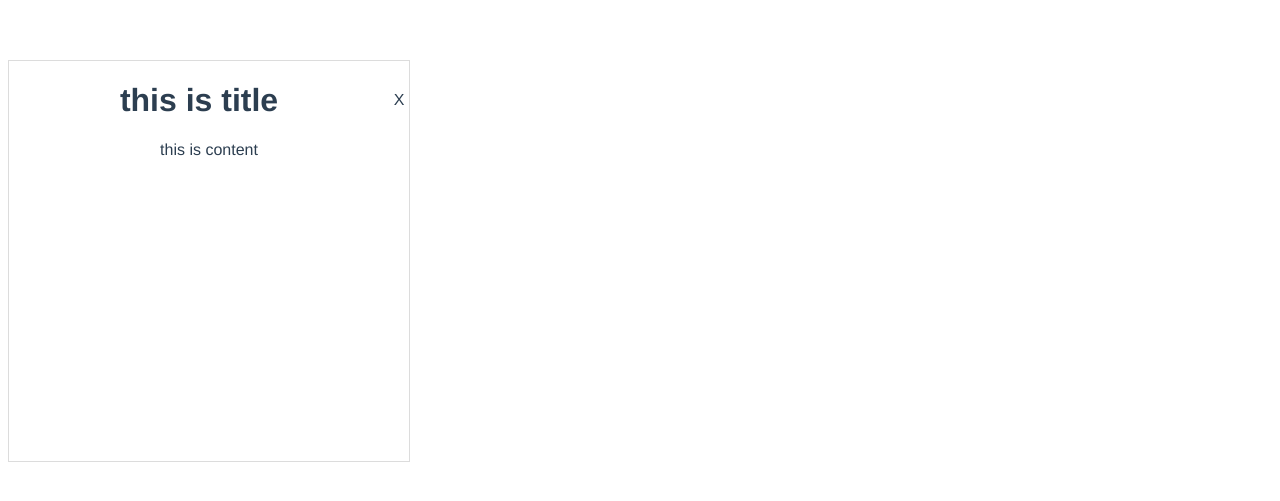
Repository: iulucky6/yf_messageBox
Page: /
These files come from the project's save history. The page is drawn as it stood at one moment and after the next save; the edit follows.
The browser window is 1280 px wide. The pictures show the whole page.
The project was rebuilt for these pictures with package versions that can differ from the ones it lists, and the page was loaded fresh each time. Also part of the build but not shown: src/components/HelloWorld.vue.

Above is the page before, as saved 2023-09-14 10:48:59.

### index.html
<!DOCTYPE html>
<html>
  <head>
    <meta charset="utf-8">
    <meta name="viewport" content="width=device-width,initial-scale=1.0">
    <title>v</title>
  </head>
  <body>
    <div id="app"></div>
    <!-- built files will be auto injected -->
  </body>
</html>

### src/main.js
// The Vue build version to load with the `import` command
// (runtime-only or standalone) has been set in webpack.base.conf with an alias.
import Vue from 'vue'
import App from './App'
// 引入配置文件
import router from './router'

Vue.config.productionTip = false

/* eslint-disable no-new */
new Vue({
  el: '#app',
  //注入
  router,
  components: { App },
  template: '<App/>'
})

### src/App.vue
<template>
  <div id="app">
    <!-- 决定路由组件配置，匹配到的组件会在这里渲染 -->
    <!-- <router-view/> -->
    <MessageBox></MessageBox>
  </div>
</template>

<script>
import { MessageBox } from "./components";
console.log(MessageBox,"MessageBox");

export default {
  name: "App",
  components:{
    MessageBox
  }
};
</script>

<style>
#app {
  font-family: "Avenir", Helvetica, Arial, sans-serif;
  -webkit-font-smoothing: antialiased;
  -moz-osx-font-smoothing: grayscale;
  text-align: center;
  color: #2c3e50;
  margin-top: 60px;
}
</style>

### src/router/index.js
// 1、引入路由
import Vue from 'vue'
import Router from 'vue-router'

// 2、启用路由
Vue.use(Router)

// 3、创建并导出路由
export default new Router({
  mode:'hash',
  routes: [
    {
      path: '/',
      name: 'HelloWorld',
      component: () => import("@/components/HelloWorld.vue")
    },
    {
      path:'/about',
      name:'About',
      component:()=>import("@/components/About.vue")
    }
  ]
})

### src/components/index.js
import MessageBox from "./MessageBox";

export {
    MessageBox
}

### src/components/MessageBox/index.js
import MessageBox from './index.vue'

export default MessageBox;

### src/components/MessageBox/index.vue
<template>
  <div :class="['boxStyle',type]">
    <div class="inner">
      <header class="header">
         <h1 class="title">{{title}}</h1>
         <span class="close">X</span>
      </header>

      <div class="content">{{content}}</div>

    </div>
  </div>
</template>

<script>
export default {
  name: "MessageBox",
  props:{
    title:{
      type:String,
      default:'this is title'
    },
    content:{
      type:String,
      default:'this is content'
    },
    type:{
      type:String,
      default:'primary',
      //vue语法，校验传入参数合法性，返回true/false，返回false则警告
      validator (value){
        [
          'primary',
          'success',
          'warn',
          'danger'
        ].includes(value);
      }
    }
  }
};
</script>

<style>
.boxStyle {
  border: 1px solid gainsboro;
  width: 400px;
  height: 400px;
}
.header{
  display: flex;
  width: 100%;
  align-items: center;
}
h1{
  flex: 1;
}
.close{
  width: 20px;
  height: 20px;
  display: inline-block;
}
</style>

After the next save:
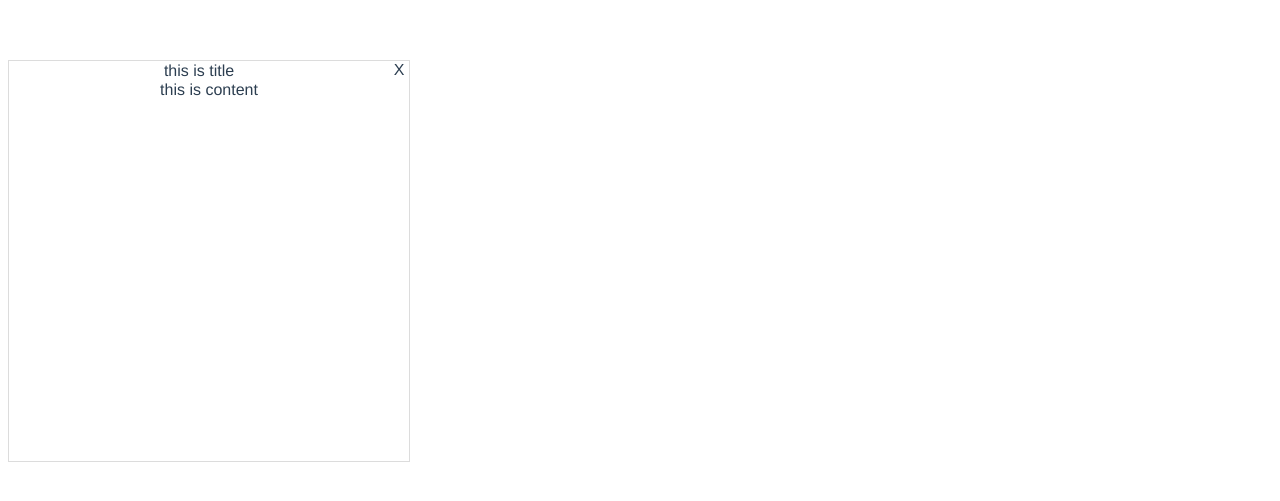
Saved 18 s later.
--- a/src/components/MessageBox/index.vue
+++ b/src/components/MessageBox/index.vue
@@ -2,7 +2,7 @@
   <div :class="['boxStyle',type]">
     <div class="inner">
       <header class="header">
-         <h1 class="title">{{title}}</h1>
+         <div class="title">{{title}}</div>
          <span class="close">X</span>
       </header>
 
@@ -52,7 +52,7 @@ export default {
   width: 100%;
   align-items: center;
 }
-h1{
+.title{
   flex: 1;
 }
 .close{
